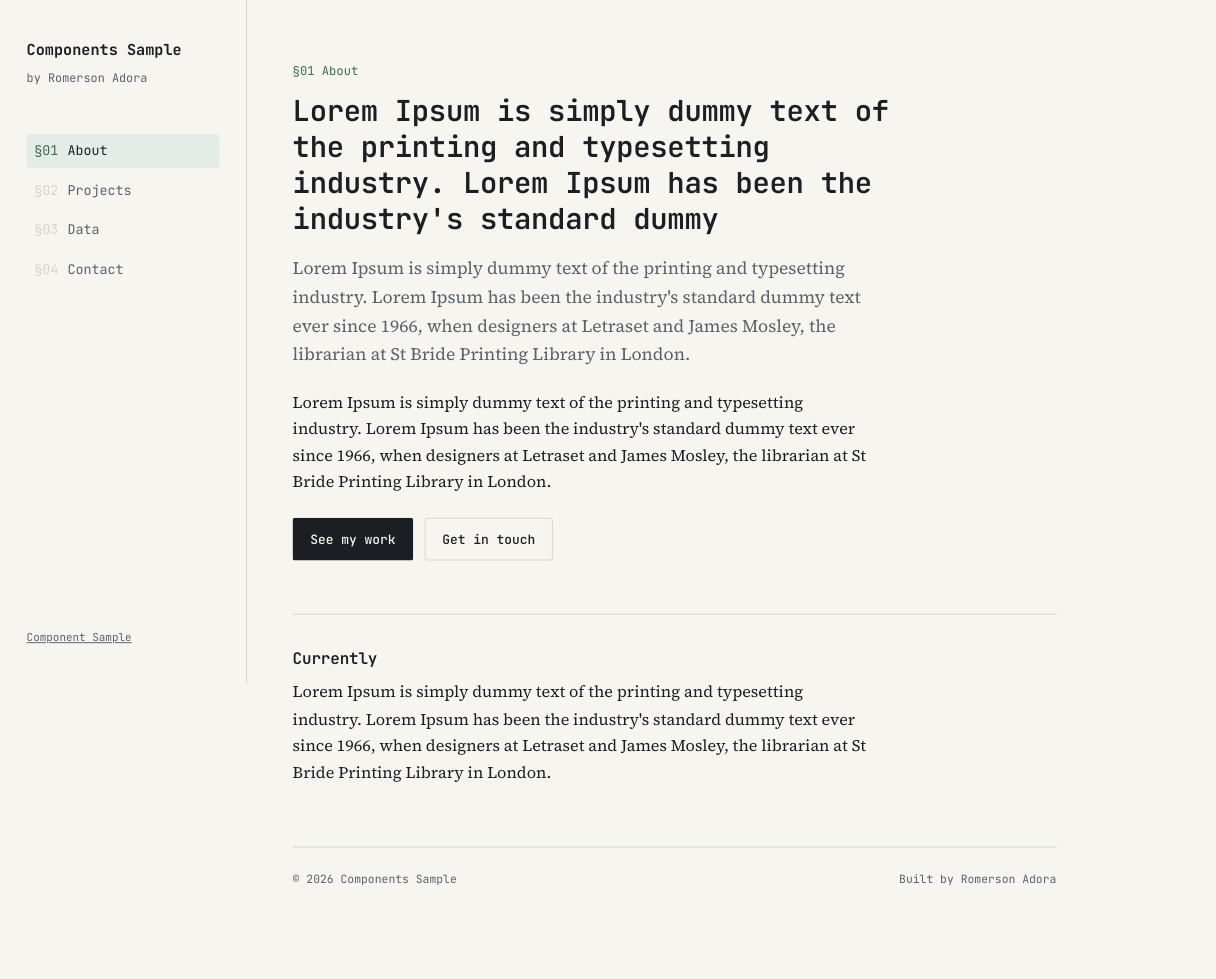
Repository: rsondev/Components-Project
Page: /
These files come from the project's save history. The page is drawn as it stood at one moment and after the next save; the edit follows.
The browser window is 1280 px wide. The pictures show the whole page, at 95% of full size.
The project was rebuilt for these pictures with package versions that can differ from the ones it lists, and the page was loaded fresh each time. Also part of the build but not shown: vite.config.js, src/components/ProjectCard.jsx, src/data/projects.js, src/pages/Projects.jsx, src/components/DataStats.jsx, src/data/skills.js, src/pages/Data.jsx, src/components/ContactForm.jsx and 1 more.

Above is the page before, as saved 2026-09-12 13:41:48.

After the next save:
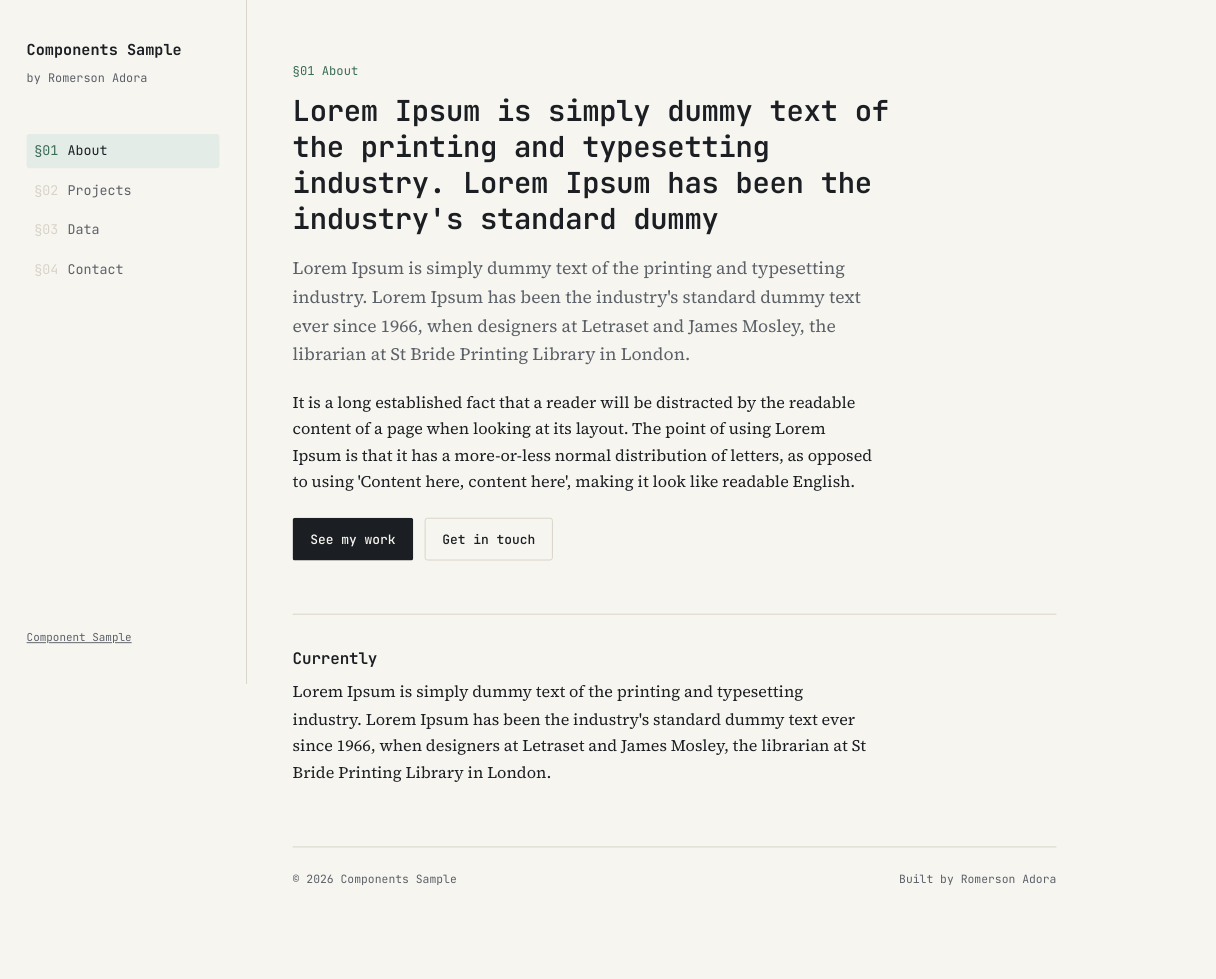
Saved 2 min 47 s later.
--- a/src/pages/Home.jsx
+++ b/src/pages/Home.jsx
@@ -17,8 +17,7 @@ export default function Home() {
       </p>
 
       <p>
-       Lorem Ipsum is simply dummy text of the printing and typesetting industry. Lorem Ipsum has been the industry's standard dummy
-        text ever since 1966, when designers at Letraset and James Mosley, the librarian at St Bride Printing Library in London.
+       It is a long established fact that a reader will be distracted by the readable content of a page when looking at its layout. The point of using Lorem Ipsum is that it has a more-or-less normal distribution of letters, as opposed to using 'Content here, content here', making it look like readable English.
       </p>
 
       <div style={{ display: 'flex', gap: '0.75rem', marginTop: '1.5rem' }}>
